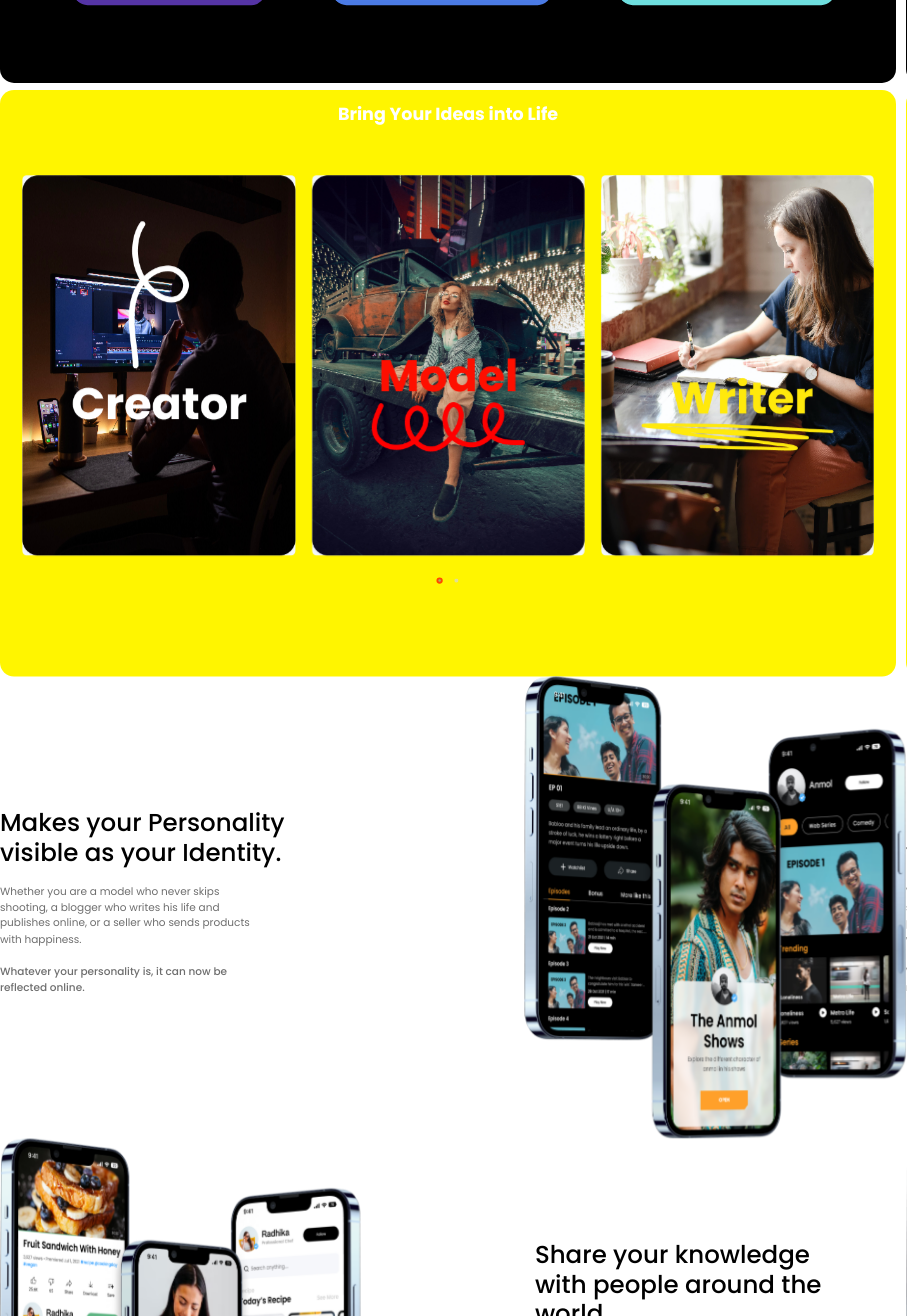
Repository: itsmesikandar/swavy.in.github.io
Page: index.html
These files come from the project's save history. The page is drawn as it stood at one moment and after the next save; the edit follows.
The browser window is 1280 px wide. The page is 1295 px wide, so the pictures cover 1295 px, including what lies to the right of the window. The pictures show the part of the page from y = 1299 to 3179 px (the page is 4931 px tall before and 4965 px after), at 70% of full size.

Above is the page before, as saved 2023-02-22 23:31:40.
Console error: TypeError: Cannot read properties of undefined (reading 'fn')

### index.html
<!DOCTYPE html>
<html lang="en">
<head>
  <title>Swavy</title>

  <meta charset="UTF-8">
  <meta name="viewport" content="width=device-width, initial-scale=1.0">
  <meta http-equiv="X-UA-Compatible" content="ie=edge">
  <link rel="stylesheet" href="vendors/owl-carousel/css/owl.carousel.min.css">
  <link rel="stylesheet" href="vendors/owl-carousel/css/owl.theme.default.css">
  <link rel="stylesheet" href="vendors/mdi/css/materialdesignicons.min.css">
  <link rel="stylesheet" href="vendors/aos/css/aos.css">
  <link rel="stylesheet" href="css/style.min.css">
  <link rel="stylesheet" href="css/style.css">
  <link rel="stylesheet"
        href="https://cdnjs.cloudflare.com/ajax/libs/OwlCarousel2/2.3.4/assets/owl.carousel.min.css"
        integrity="sha512-tS3S5qG0BlhnQROyJXvNjeEM4UpMXHrQfTGmbQ1gKmelCxlSEBUaxhRBj/EFTzpbP4RVSrpEikbmdJobCvhE3g=="
        crossorigin="anonymous" />
  <link rel="stylesheet"
        href="https://cdnjs.cloudflare.com/ajax/libs/OwlCarousel2/2.3.4/assets/owl.theme.default.min.css"
        integrity="sha512-sMXtMNL1zRzolHYKEujM2AqCLUR9F2C4/05cdbxjjLSRvMQIciEPCQZo++nk7go3BtSuK9kfa/s+a4f4i5pLkw=="
        crossorigin="anonymous" />

</head>
<body id="body" data-spy="scroll" data-target=".navbar" data-offset="100">
  <header id="header-section">
    <nav class="navbar navbar-expand-lg pl-3 pl-sm-0 py-4" id="navbar">
    <div class="container">
      <div class="navbar-brand-wrapper d-flex ">
        <h4 style="color:rgb(253, 81, 1); font-size: 18px;">#NotJustSocialMedia</h4>
      </div>
    </div>
    </nav>
  </header>
  <div class="banner" >
    <div class="container-fluid">
      <h1 class="font-weight-semibold margin-top" id="ht">Discover<br>The Best Form Of Yourself</h1>
      <h5 class="font-weight-normal text-muted pb-3">Where humans create themselves, not Platform.</h5>
      <img src="images/hero-img.png" alt="" class="img-fluid">
    </div>
  </div>
      <div class="content-wrapper ">
        <div class="container-fluid">




          <section class="features-overview bg_color_first " id="features-section" >
            <!-- <div class="content-header">
              <h3><b>Bored seeing same profiles design?</b></h3>
              <h6 class="section-subtitle text-muted">Billions others too, What if i say<br>You can have your website as your social identity! for free.</h6>
            </div> -->

            <!-- <div class="contact-us" id="contact-section">
              <div class="container">
                <div class=" contact-upper" >
                  <div data-aos="fade-up">
                    <div class="col-12  offset-sm-3 col-sm-6 offset-sm-3 offset-lg-3 col-lg-6 offset-lg-3 ">
                      <form name="submit-to-google-sheet" id="myFormm">
                        <div class="">
                          <input type="email" placeholder="Enter your email address" />
                          <button type="submit" class="btn btn-danger r-20 font-weight-medium">Get Early Access</button>
                       </div>
                         <input type="email" name="Email" class="input-form-control r-20" id="Email" placeholder="Enter your email address">
                        <div class="pt-3">
                          <button type="submit" class="btn btn-danger r-20 font-weight-medium">Get Early Access</button>
                        </div>
                      </form>
                    </div>
                  </div>
                </div>
              </div>
            </div> -->

            <div class="content-header  ">
              <h4 class="section-subtitle color-white"><b>Where you can</b></h4>
              <h4 class="color-white"><b>Show what you are but better.</b></h4>
            </div>

            <div class="d-md-flex justify-content-between mx-5">
              <div class="grid-margin justify-content-center bg_color_white box-shadow-3d-a mx-5 px-2">
                <div class="features-width text-center py-3 pt-5">
                  <img src="images/nomore.png" width="100" height="100" alt="" class="img-icons">
                  <h5 class="py-3 font-weigh-sub">No More<br>Default Profiles</h5>
                  <p class="text-muted font-wt-p">Forget that default profile design that matches with Billions other!</p>
                </div>
              </div>
              <div class="grid-margin  justify-content-center bg_color_white box-shadow-3d-b mx-5 px-2">
                <div class="features-width text-center py-3 pt-5">
                  <img src="images/noplatform.jpg" width="100" height="100" alt="" class="img-icons">
                  <h5 class="py-3 font-weigh-sub">No Need Of<br>Different Platform</h5>
                  <p class="text-muted font-wt-p">Does platform limits you expression: some allows video, image or text only?
                  </p>
                </div>
              </div>
              <div class="grid-margin justify-content-center bg_color_white box-shadow-3d-c mx-5 px-2">
                <div class="features-width text-center py-3 pt-5">
                  <img src="images/tenent.png" width="100" height="100" alt="" class="img-icons">
                  <h5 class="py-3 font-weigh-sub">You No Need<br>To Live As Tenant</h5>
                  <p class="text-muted font-wt-p">Own your virtual identity, like you own your real life.~Web+Domain, for free.</p>
                </div>
              </div>
            </div>
          </section>


          <section class=" features-overview customer-feedback bg_color_second" id="feedback-section">
            <div class="row">
              <div class="col-12 text-center pb-5">

                <h4 class="section-subtitle color-white"><b>Bring Your Ideas into Life</b></h4>

              </div>

              <div class="col-12 m-auto">
                <div class="owl-carousel owl-theme grid-margin">
                  <div class="card customer-cards">
                    <img src="images/educator.png"  alt="" >
                  </div>
                  <div class="card customer-cards">
                    <img src="images/creator.png"  alt="" >
                  </div>
                  <div class="card customer-cards">
                    <img src="images/model.png"  alt="" >
                  </div>
                  <div class="card customer-cards">
                    <img src="images/writer.png"  alt="" >
                  </div>
                </div>
              </div>
            </div>
          </section>


      <section class="digital-marketing-service" id="digital-marketing-section">

        <div class="row align-items-center">
          <div class="col-12 col-lg-7 grid-margin grid-margin-lg-0 align-left" data-aos="fade-right">
            <h2 class="m-0 ">Makes your Personality<br>visible as your Identity.</h2>
            <div class="col-lg-7 col-xl-6 p-0">
              <p class="py-4 m-0 text-muted">Whether you are a model who never skips shooting, a blogger who writes his life and publishes online, or a seller who sends products with happiness.</p>
              <p class="font-weight-medium text-muted">Whatever your personality is, it can now be reflected online.</p>
            </div>
          </div>
          <div class="col-12 col-lg-5 p-0 img-digital grid-margin grid-margin-lg-0" data-aos="fade-left">
            <div class="carousel slide" data-ride="carousel">
              <div class="carousel-inner">
                <div class="carousel-item active">
                  <img src="images/vlog.png" alt="" class="img-fluid d-block w-100">
                </div>
                <div class="carousel-item ">
                  <img src="images/show.png" alt="" class="img-fluid d-block w-100">
                </div>
                <div class="carousel-item ">
                  <img src="images/podcast.png" alt="" class="img-fluid d-block w-100">
                </div>
                <div class="carousel-item ">
                  <img src="images/sell.png" alt="" class="img-fluid d-block w-100">
                </div>
              </div>
            </div>
          </div>
        </div>
        <div class="row align-items-center">
          <div class="col-12 col-lg-5 text-center flex-item grid-margin" data-aos="fade-right">
            <div class="carousel slide" data-ride="carousel">
              <div class="carousel-inner">
                <div class="carousel-item active">
                  <img src="images/class.png" alt="" class="img-fluid d-block w-100">
                </div>
                <div class="carousel-item ">
                  <img src="images/radhika.png" alt="" class="img-fluid d-block w-100">
                </div>
                <div class="carousel-item ">
                  <img src="images/news.png" alt="" class="img-fluid d-block w-100">
                </div>
              </div>
            </div>
          </div>
          <div class="col-12 offset-lg-2 col-lg-5 flex-item grid-margin align-left data-aos="fade-left">
            <h2 class="m-0 ">Share your knowledge<br> with people around the world.</h2>
            <div class="col-lg-9 col-xl-8 p-0">
              <p class="py-4 m-0 text-muted">Now you don't need any medium to publish your articles; you don't need to create an app to teach others or be on TV to spread your cooking skills.</p>
              <p class="pb-2 font-weight-medium text-muted">Just create, design and share with everyone, for free.</p>
            </div>
          </div>
        </div>
      </section>



      <section class="case-studies" id="case-studies-section">
        <div class="row ">
          <div class="col-12 text-center pb-5">
            <h2><b>Be the human that exist in real world.</b></h2>
          </div>
          <div class="col-12 col-md-6 col-lg-4 stretch-card mb-3 mb-lg-3" data-aos="zoom-in">
            <div class="card customer-cards">
              <div class="card-body">
                <div class="text-center">
                  <img src="images/ticket.png" width="100" height="100" alt="" class="img-customer">
                  <div class="content-divider m-auto"></div>
                  <h6 class="card-title pt-3">Get your tickets</h6>
                  <p class="m-0 py-3 text-muted">Get onboard and experience to own yourself on Internet. Either get an invite from friend or Join the waitlist to early access.</p>
                </div>
              </div>
            </div>
          </div>
          <div class="col-12 col-md-6 col-lg-4 stretch-card mb-3 mb-lg-3" data-aos="zoom-in" data-aos-delay="200">
            <div class="card customer-cards">
              <div class="card-body">
                <div class="text-center">
                  <img src="images/create.jpg" width="100" height="100" alt="" class="img-customer">
                  <div class="content-divider m-auto"></div>
                  <h6 class="card-title pt-3">Create yourself</h6>
                  <p class="m-0 py-3 text-muted">Describe your personality, Enter your content and get yourself an identity which is as unique as you out of Billions.</p>
                </div>
              </div>
            </div>
          </div>
          <div class="col-12 col-md-6 col-lg-4 stretch-card mb-3 mb-lg-3" data-aos="zoom-in" data-aos-delay="400">
            <div class="card customer-cards">
              <div class="card-body">
                <div class="text-center">
                  <img src="images/design.jpg" width="100" height="100" alt="" class="img-customer">
                  <div class="content-divider m-auto"></div>
                  <h6 class="card-title pt-3">Design your personality</h6>
                  <p class="m-0 py-3 text-muted">Find your style in our templates curate your content and done. If not satisfy can change font/size/color/layout as your wish.</p>
                </div>
              </div>
            </div>
          </div>
          <div class="col-12 col-md-6 col-lg-4 stretch-card mb-3 mb-lg-3" data-aos="zoom-in" data-aos-delay="600">
            <div class="card customer-cards">
              <div class="card-body">
                <div class="text-center">
                  <img src="images/own.jpg" width="100" height="100" alt="" class="img-customer">
                  <div class="content-divider m-auto"></div>
                  <h6 class="card-title pt-3">Own your identity</h6>
                  <p class="m-0 py-3 text-muted">Get your online presence in your hand, link it with domain, for free* and let yourself be discovered on the Internet.</p>
                </div>
              </div>
            </div>
          </div>
          <div class="col-12 col-md-6 col-lg-4 stretch-card mb-3 mb-lg-3" data-aos="zoom-in" data-aos-delay="400">
            <div class="card customer-cards">
              <div class="card-body">
                <div class="text-center">
                  <img src="images/friends.jpg" width="100" height="100" alt="" class="img-customer">
                  <div class="content-divider m-auto"></div>
                  <h6 class="card-title pt-3">Meet your friends</h6>
                  <p class="m-0 py-3 text-muted">Where you are not just a profile but individual. Who can chat and stay in touch with your friends while being what you are and what you think.</p>
                </div>
              </div>
            </div>
          </div>
          <div class="col-12 col-md-6 col-lg-4 stretch-card mb-3 mb-lg-3" data-aos="zoom-in" data-aos-delay="600">
            <div class="card customer-cards">
              <div class="card-body">
                <div class="text-center">
                  <img src="images/goalive.png" width="100" height="100" alt="" class="img-customer">
                  <div class="content-divider m-auto"></div>
                  <h6 class="card-title pt-3">No profiles just you!</h6>
                  <p class="m-0 py-3 text-muted">Whether a writer or a model, now you have your own ground which you created - a Website. Just share with your friends and play together in the world you own.</p>
                </div>
              </div>
            </div>
          </div>
        </div>
      </section>
    </div>

    <section class="contact-us" id="contact-section">
      <div class="container">
        <div class="contact-us-bgimage grid-margin " >
          <div class="pb-4">
            <h3 class="px-3 px-md-0 m-0 fw" data-aos="fade-down">Invited Members Can Only Access!<br>Join Our Waitlist.</h3>
          </div>
          <div data-aos="fade-up">
            <div class="col-12  offset-sm-3 col-sm-6 offset-sm-3 offset-lg-4 col-lg-4 offset-lg-4 ">
              <form name="submit-to-google-sheet" id="myForm">
                <input type="email" name="Email" class="input-form-control r-20" id="Email" placeholder="Email id">
                <div class="pt-3">
                  <button type="submit" class="btn btn-danger font-weight-medium r-20">Get Early Access</button>
                </div>
              </form>
            </div>
          </div>
        </div>
      </div>
    </section>
  </div>

  <script>
       !function(){var analytics=window.analytics=window.analytics||[];if(!analytics.initialize)if(analytics.invoked)window.console&&console.error&&console.error("Segment snippet included twice.");else{analytics.invoked=!0;analytics.methods=["trackSubmit","trackClick","trackLink","trackForm","pageview","identify","reset","group","track","ready","alias","debug","page","once","off","on","addSourceMiddleware","addIntegrationMiddleware","setAnonymousId","addDestinationMiddleware"];analytics.factory=function(e){return function(){var t=Array.prototype.slice.call(arguments);t.unshift(e);analytics.push(t);return analytics}};for(var e=0;e<analytics.methods.length;e++){var key=analytics.methods[e];analytics[key]=analytics.factory(key)}analytics.load=function(key,e){var t=document.createElement("script");t.type="text/javascript";t.async=!0;t.src="https://cdn.segment.com/analytics.js/v1/" + key + "/analytics.min.js";var n=document.getElementsByTagName("script")[0];n.parentNode.insertBefore(t,n);analytics._loadOptions=e};analytics._writeKey="sy1jEkZRdvqaCf5dOWhj4yyXbsgHlnL4";;analytics.SNIPPET_VERSION="4.15.3";
        analytics.load("sy1jEkZRdvqaCf5dOWhj4yyXbsgHlnL4");
        analytics.page();
        }}();


    const scriptURL = 'https://script.google.com/macros/s/AKfycbxXpgQgQMZqhFNl4IiDehqWTr5-PkKsvUA7oIWJAg1q1VEVA7wHIRvszY07XR8cTBPduQ/exec'
    const form = document.forms['submit-to-google-sheet']
    //const formm = document.forms['submit-to-google-sheet']
    const fr = document.getElementById("myForm")
    //const frr = document.getElementById("myFormm")

    // formm.addEventListener('submit', e => {
    //   e.preventDefault()
    //   fetch(scriptURL, { method: 'POST', body: new FormData(formm)})
    //     .then(response =>
    //     frr.reset())
    //     .catch(error => console.error('Error###', error.message))
    // })

    form.addEventListener('submit', e => {
      e.preventDefault()
      fetch(scriptURL, { method: 'POST', body: new FormData(form)})
        .then(response =>
        fr.reset())
        .catch(error => console.error('Error!!!!!!', error.message))
    })

  </script>
  <script src="https://cdnjs.cloudflare.com/ajax/libs/OwlCarousel2/2.3.4/owl.carousel.min.js"
  integrity="sha512-bPs7Ae6pVvhOSiIcyUClR7/q2OAsRiovw4vAkX+zJbw3ShAeeqezq50RIIcIURq7Oa20rW2n2q+fyXBNcU9lrw=="
  crossorigin="anonymous"></script>
  <script src="vendors/jquery/jquery.min.js"></script>
  <script src="vendors/bootstrap/bootstrap.min.js"></script>
  <script src="vendors/owl-carousel/js/owl.carousel.min.js"></script>
  <script src="vendors/aos/js/aos.js"></script>
  <script src="js/landingpage.js"></script>
</body>
</html>

Loaded but not shown: vendors/owl-carousel/css/owl.carousel.min.css (library); vendors/owl-carousel/css/owl.theme.default.css (common file); vendors/mdi/css/materialdesignicons.min.css (library); vendors/aos/css/aos.css (library); css/style.min.css (library); css/style.css (library); vendors/jquery/jquery.min.js (library); vendors/bootstrap/bootstrap.min.js (library); vendors/owl-carousel/js/owl.carousel.min.js (library); vendors/aos/js/aos.js (library); js/landingpage.js (82 lines, source omitted)

After the next save:
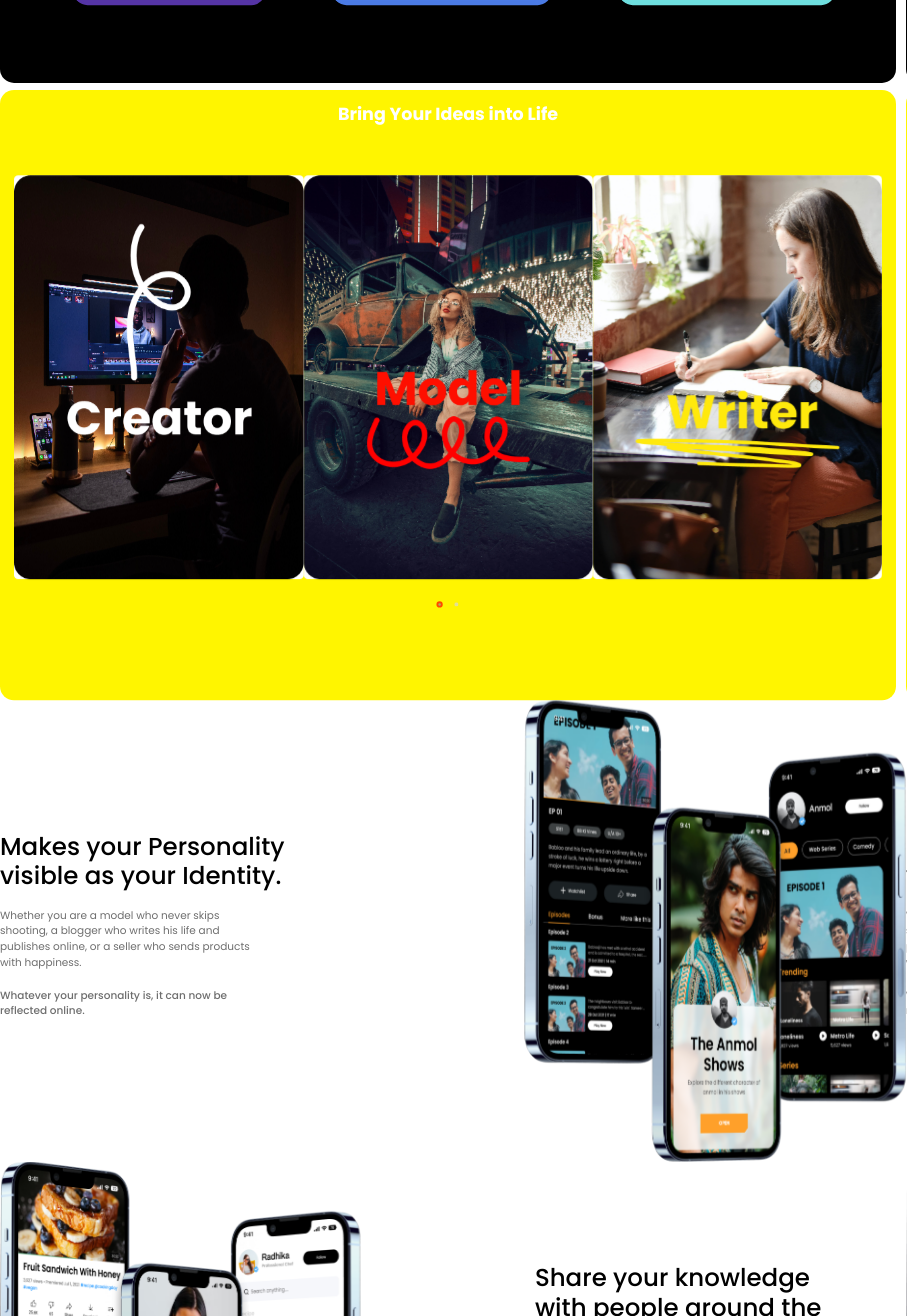
Saved 18 s later.
--- a/index.html
+++ b/index.html
@@ -104,7 +104,7 @@
           </section>
 
 
-          <section class=" features-overview customer-feedback bg_color_second" id="feedback-section">
+          <section class=" features-overview  bg_color_second" id="feedback-section">
             <div class="row">
               <div class="col-12 text-center pb-5">
 

After the save that followed:
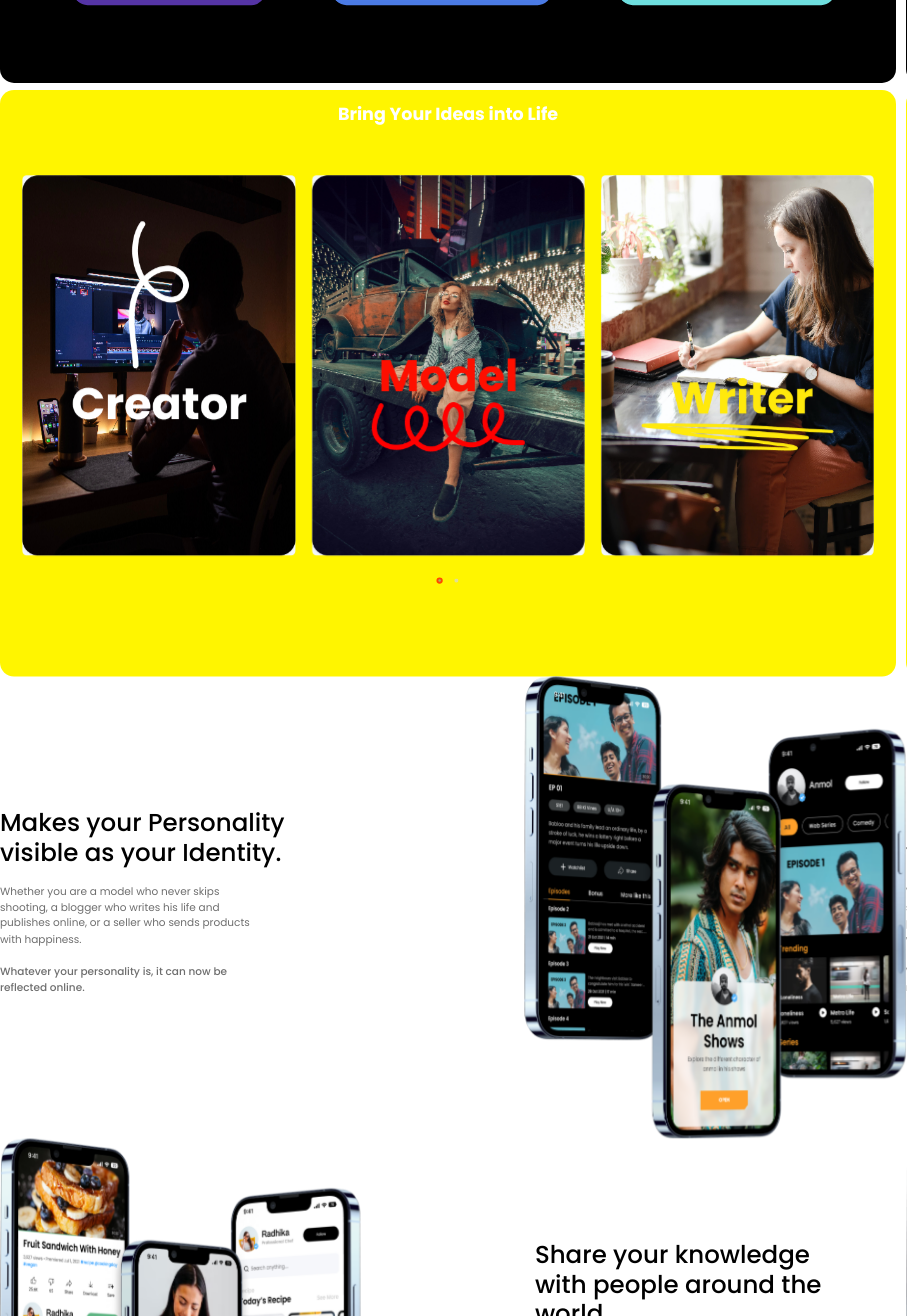
Saved 7 s later.
--- a/index.html
+++ b/index.html
@@ -104,7 +104,7 @@
           </section>
 
 
-          <section class=" features-overview  bg_color_second" id="feedback-section">
+          <section class=" features-overview customer-feedback bg_color_second" id="feedback-section">
             <div class="row">
               <div class="col-12 text-center pb-5">
 
